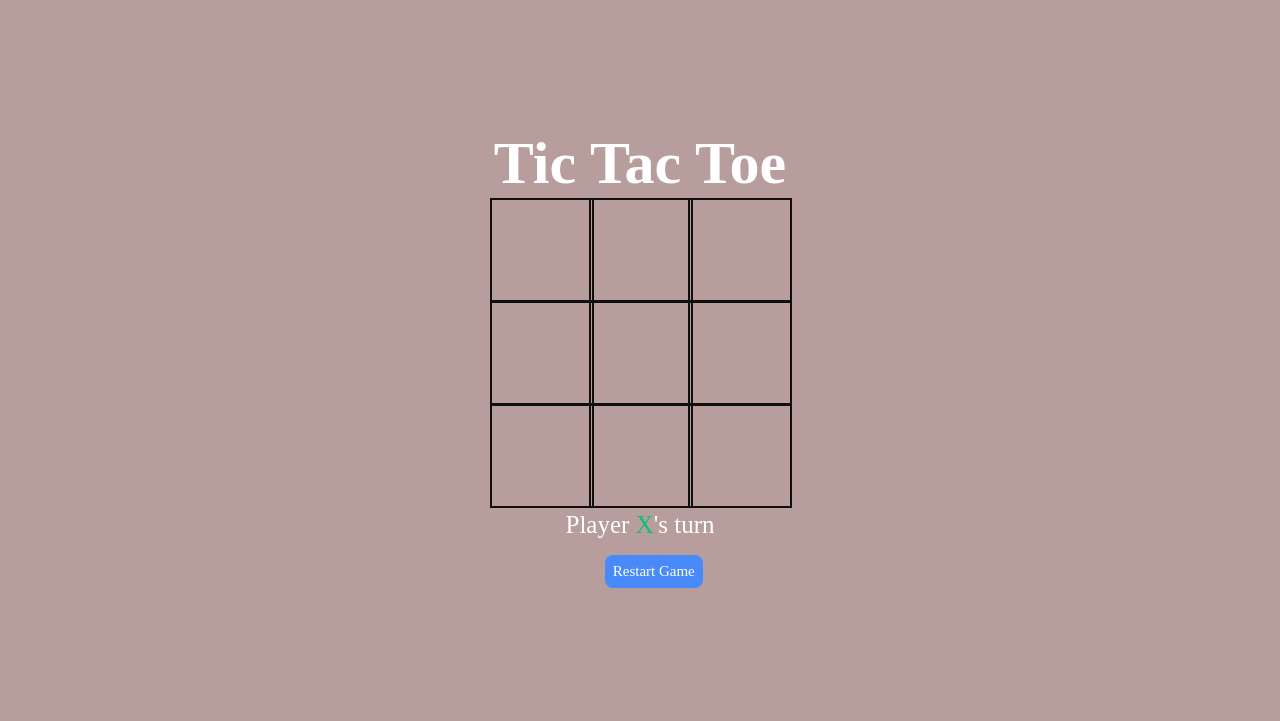
Repository: sedashahnazaryan/tic-tac-too
Page: index.html
The author's editor kept a copy of each file at every save. The page is drawn from the files as they stood at one save, then again after the next save.
The browser window is 1280 px wide. The pictures show the whole page.

Above is the page before, as saved 2022-02-01 00:06:42.

### index.html
<!DOCTYPE html>
<html lang="en">
  <head>
    <meta charset="UTF-8" />
    <meta http-equiv="X-UA-Compatible" content="IE=edge" />
    <meta name="viewport" content="width=device-width, initial-scale=1.0" />
    <link rel="stylesheet" href="./index.css" />
    <title>Tic-Tac-Toe</title>
  </head>
  <main class="background">
    <section class="title">
        <h1>Tic Tac Toe</h1>
    </section>

    <section class="container">
        <div class="tile"></div>
        <div class="tile"></div>
        <div class="tile"></div>
        <div class="tile"></div>
        <div class="tile"></div>
        <div class="tile"></div>
        <div class="tile"></div>
        <div class="tile"></div>
        <div class="tile"></div>
    </section>
    <section class="display">
        Player <span class="display-player playerX">X</span>'s turn
    </section>
    <section class="display announcer hide"></section>
    <section class="controls">
        <button id="restart">Restart Game</button>
    </section>
</main>
  <body>
    <script src="index.js"></script>
  </body>
</html>

### index.css
* {
    padding: 0;
    margin: 0;
    font-family: 'Itim', cursive;
}
.background{
    background-color: #b89d9d;
    height: 100vh;
    padding-top: 1px;
}
.title{
    color: white;
    text-align: center;
    font-size: 40px;
    margin-top: 10%;
}
.display
{
    color:white;
    font-size: 25px;
    text-align: center;
    margin-top: 1px;
    margin-bottom: 1pc;
}
.hide{
    display: none;
}
.container {
    margin: 0 auto;
    display: grid;
    grid-template-columns: 33% 33% 33%;
    grid-template-rows: 33% 33% 33%;
    max-width: 300px;
}
.tile {
    border: 2px solid rgb(15, 15, 15);
    min-width: 100px;
    min-height: 100px;
    display: flex;
    justify-content: center;
    align-items: center;
    font-size: 50px;
    cursor: pointer;
}
.playerX {
    color: #09C372;
}

.playerO {
    color: #498AFB;
}
.contrtols{
    display: flex;
    flex-direction: row;
    justify-content:center;
    align-items: center;
    margin-top: 1cm;
}
#restart{
    background-color: #498AFB;
    color: white;
    padding: 8px;
    border-radius: 8px;
    border: none;
    font-size: 15px;
    margin-left: 16cm;
    cursor: pointer;

}

### index.js
let board =[
    ["-","-","-"],
    ["-","-","-"],
    ["-","-","-"]
];
let boardStr =board[0].join(" ")+
"\n"+
board[1].join(" ")+
"\n"+
board[2].join(" ");

After the next save:
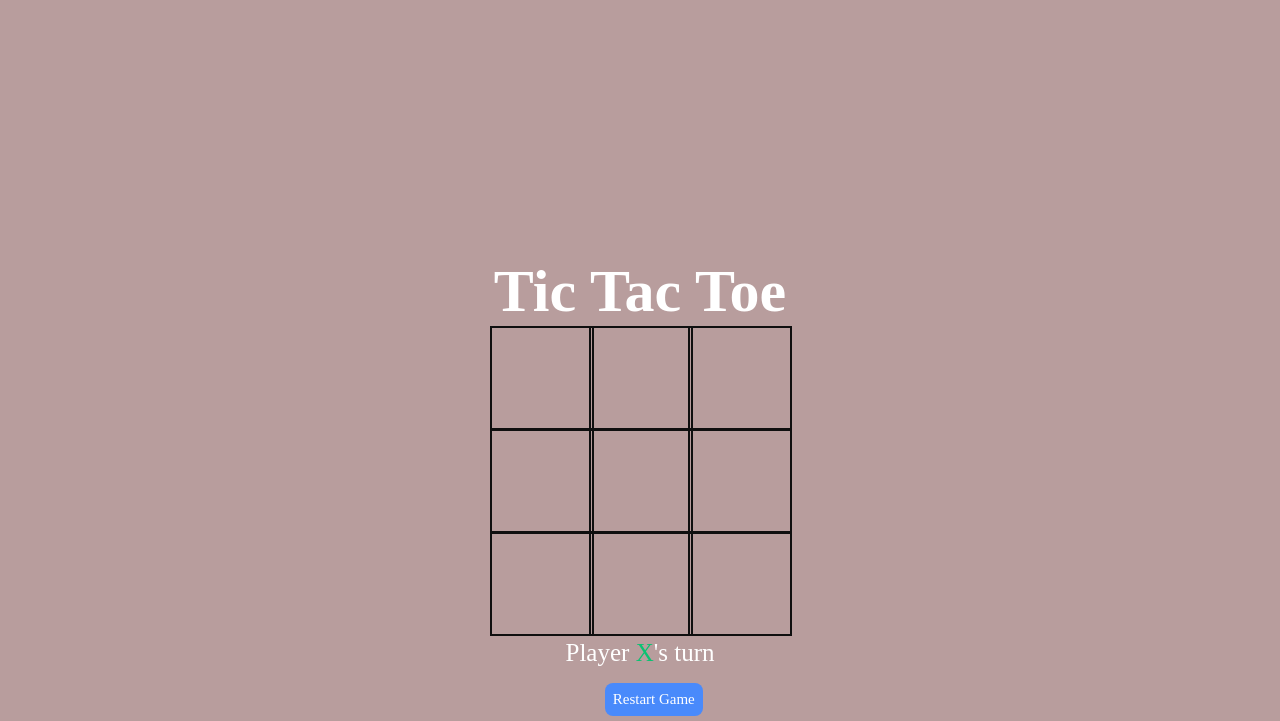
Saved 62 s later.
--- a/index.css
+++ b/index.css
@@ -12,7 +12,7 @@
     color: white;
     text-align: center;
     font-size: 40px;
-    margin-top: 10%;
+    margin-top: 20%;
 }
 .display
 {

After the save that followed:
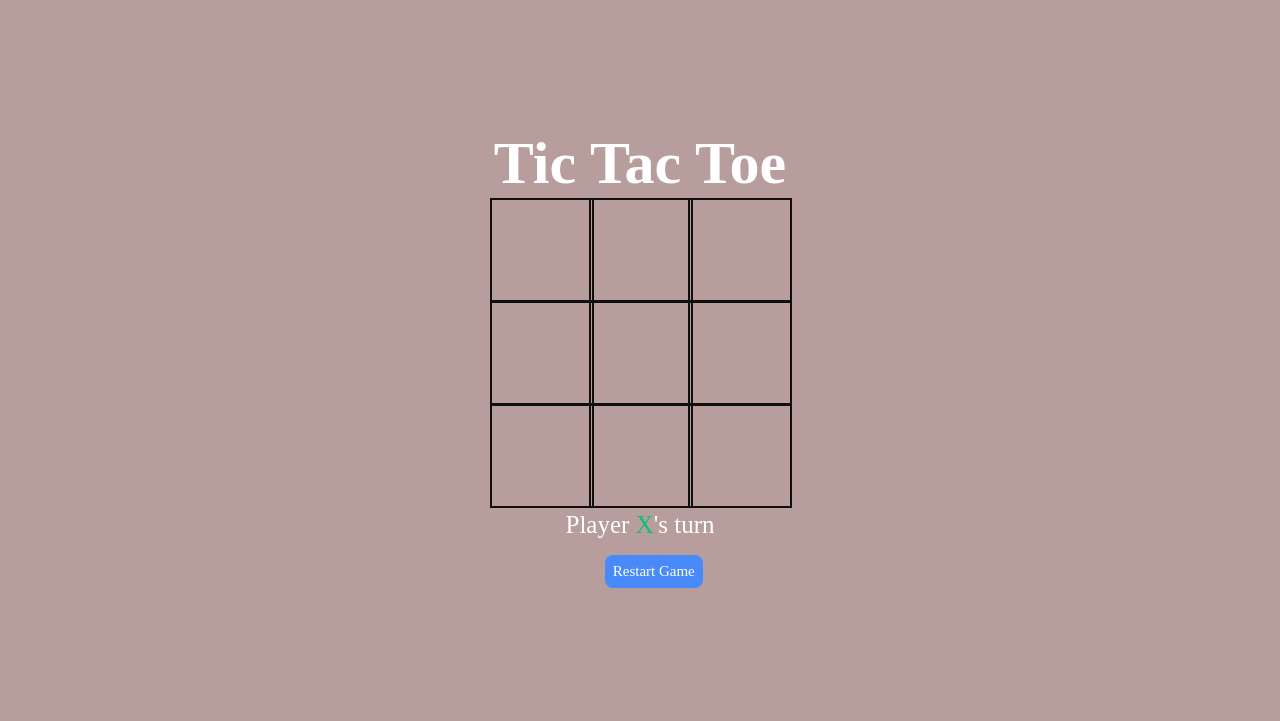
Saved 11 s later.
--- a/index.css
+++ b/index.css
@@ -12,7 +12,7 @@
     color: white;
     text-align: center;
     font-size: 40px;
-    margin-top: 20%;
+    margin-top: 10%;
 }
 .display
 {
